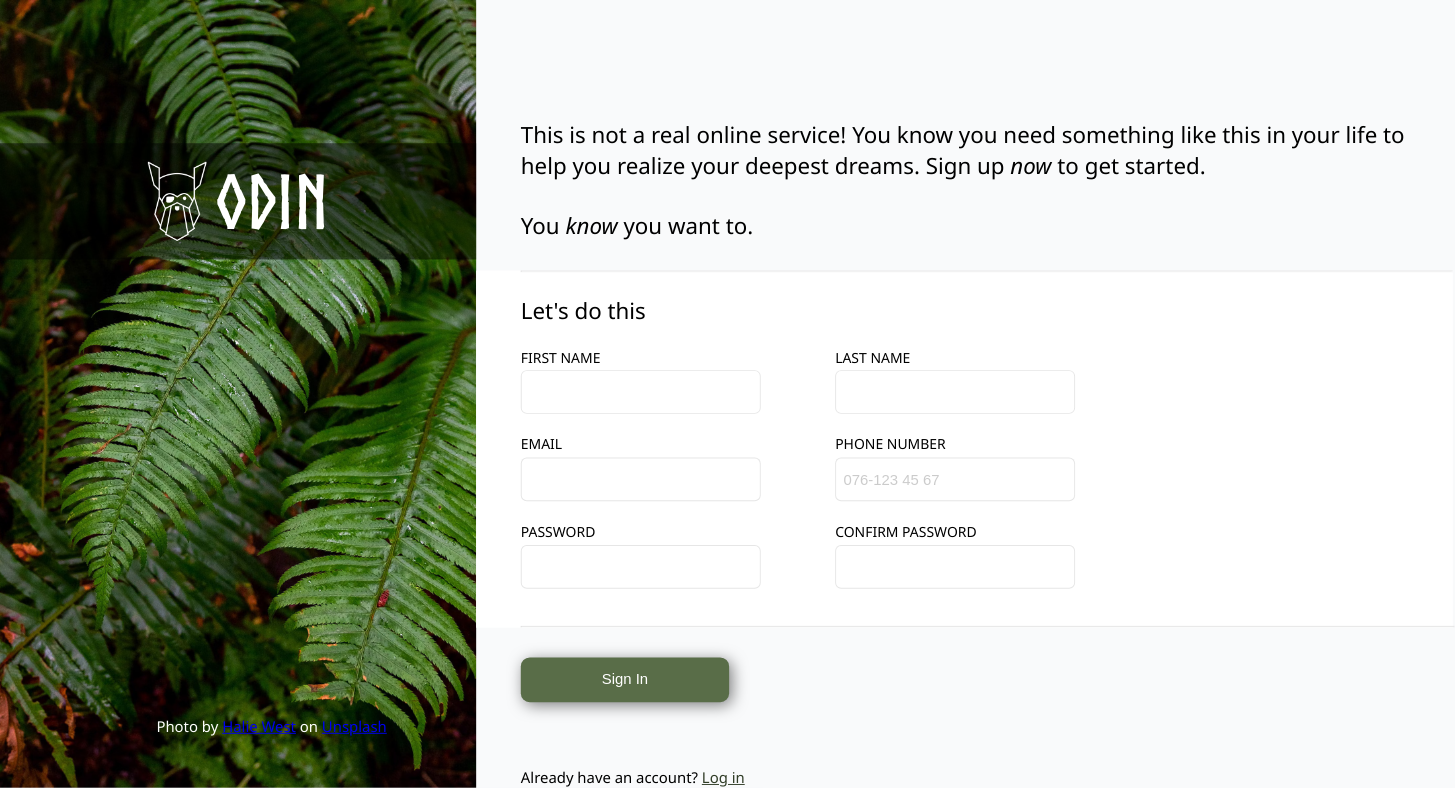
Repository: fed26sto-fundamentals/sign-up-form-odai-dh
Page: index.html
These files come from the project's save history. The page is drawn as it stood at one moment and after a run of saves; the edit follows.
The browser window is 1280 px wide. The page is 1564 px wide, then 1282 px, so the pictures cover 1564 px, including what lies to the right of the window. The pictures show the whole page, at 93% of full size.

Above is the page before, as saved 2024-10-01 21:21:52.

### index.html
<!DOCTYPE html>
<html lang="en">

<head>
    <meta charset="UTF-8">
    <meta name="viewport" content="width=device-width, initial-scale=1.0">
    <link href="styles.css" rel="stylesheet" />
    <title>Document</title>
</head>

<body>
    <div class="leftSide">
        <div class="odinLogo">
            <img src="/img/odin-lined.png" alt="odin logo">
            <p>ODIN</p>
        </div>
        <div class="leftSideFoot">
            <p>Photo by <a href="https://unsplash.com/@haliewestphoto" target="_blank">Halie West</a> on <a
                    href="https://unsplash.com/" target="_blank">Unsplash</a></p>

        </div>
    </div>
    <div class="rightSide">
        <div class="textR">
            <p>This is not a real online service! You know you need something like this in your life to help you realize
                your deepest dreams. Sign up <em>now</em> to get started.</p>
        </div>
        <div class="textRs">
            <p> You <em>know</em> you want to.</p>
        </div>
        <div class="form">
            <form action="#" class="form">
                <div class="formTitle">
        <hr id="line1">
                    <p>Let's do this</p>
                </div>
                <div class="formStart">
                    <div class="cill1">
                        <div class="firstN">
                            <label for="firstN">FIRST NAME</label>
                            <input type="text" id="firstN" class="required" name="firstName" required>
                            <span class="error-message" aria-live="polite">First Name is required</span>
                        </div>
                        <div class="emailIn">
                            <label for="emailIn">EMAIL</label>
                            <input type="email" id="emailIn" class="required" name="email" required>
                            <span class="error-message" aria-live="polite">Email is required</span>
                        </div>
                        <div class="passwordIn">
                            <label for="passwordIn">PASSWORD</label>
                            <input type="password" id="passwordIn" class="required" name="password" required minlength="8" maxlength="16">
                            <span class="error-message" aria-live="polite">Password must be between 8 and 16 characters.</span>
                        </div>
                    </div>
                    <div class="cill2">
                        <div class="lastN">
                            <label for="lastN">LAST NAME</label>
                            <input type="text" id="lastN" class="required" name="lastName" required>
                            <span class="error-message" aria-live="polite">Last Name is required</span>
                        </div>
                        <div class="nummber">
                            <label for="number">PHONE NUMBER</label>
                            <input type="tel" id="number" class="required" name="phoneNumber" pattern="076-[0-9]{3} [0-9]{2} [0-9]{2}" placeholder="076-123 45 67" required>
                            <span class="error-message" aria-live="polite">Please enter a valid phone number.</span>
                        </div>
                        <div class="passwordCon">
                            <label for="passwordCon">CONFIRM PASSWORD</label>
                            <input type="password" id="passwordCon" class="required" name="confirmPassword" required minlength="8" maxlength="16">
                            <span class="error-message" aria-live="polite">Password do Not match</span>
                        </div>
                    </div>
                </div>
                <hr id="line">
        </div>

        <div class="submtion">
            <button id="forSubmtion"> Sign In</button>
            <div id="forSubmtionError"></div>
            <p>
                Already have an account? <a href="">Log in</a>
            </p>
        </div>
        </form>
    </div>
</body>

</html>

### styles.css
@font-face {
    font-family: 'NorseBold';
    src: url('../fonts/Norse-Bold.otf') format('opentype');

}

body {
    font-family: 'Segoe UI', Tahoma, Geneva, Verdana, sans-serif;
    display: flex;
    align-content: center;
    min-height: 100vh;
    margin: 0;
    padding: 0px;
    height: 100%;
    background-color: #F9FAFB;
    ;

}



.leftSide {
    background: url(/img/green.jpg) no-repeat;
    border: 0;
    width: 40%;
    align-content: center;
    background-size: cover;
    background-position: center;

}

.odinLogo {
    display: flex;
    justify-content: center;
    align-items: center;
    height: 10%;
    padding: 20px;
    gap: 10px;
    background-color: rgba(0, 0, 0, 0.5);
    position: relative;
    top: -25vh;
}

.odinLogo img {
    height: 100%;
}

.odinLogo p {
    color: white;
    font-size: 80px;
    font-family: 'NorseBold', sans-serif;
}


.leftSideFoot {
    display: flex;
    justify-self: center;
    position: relative;
    bottom: -41vh;
    left: 5vh;
}

.leftSideFoot p {
    color: rgb(255, 255, 255);
}

.leftSideFoot a:visited {
    color: rgb(199, 201, 221);
}

.leftSideFoot a:hover {
    color: rgb(187, 131, 239);
    transition: 0.5s;
}




.rightSide {
    display: flex;
    flex-direction: column;
    gap: 2rem;
}


.rightSide>div {
    padding-left: 3rem;
}

.rightSide>div>p {
    margin-top: 0;
    margin-bottom: 0;
}

.textR,
.textRs,
.formTitle {
    font-size: 1.5rem;
}

.textR {
    margin-top: 8rem;
}

.form{
    background-color: rgb(255, 255, 255);
}
.formStart {
    display: flex;
    justify-content: left;
    gap: 5rem;
    flex-wrap: wrap;
}

.formStart div {
    display: flex;
    flex-direction: column;
    gap: 1.4rem;
}

.formStart>div {
    margin-bottom: 2rem;
}

.formStart div div label {
    font-size: 15px;
}

.formStart div div input {
    width: 100%;

}
.formStart div div input:focus {
    border-color: #007BFF;
    box-shadow: 0 0 5px rgba(0, 123, 255, 1);

}
#line1{
    width: 1000px;
    opacity: 0.3;
    margin-top: -0.5px;

}
#line{
    width: 100%;
    opacity: 0.3;
    margin-bottom: -0.5px;
}



.error-message {
    display: none;
    color: #d30c34;
    font-size: 12px;
    margin-top: -5px;
}

input:not(:focus):invalid+.error-message {
    display: none;
}

input:invalid+.error-message {
    display: block;
    margin-top: 4px;
}
input:not(:focus):invalid {
    border: 1px solid rgba(128, 128, 128, 0.2); /* Neutraler grauer Rand */
}

input::placeholder {
    color: grey;
    font-size: 16px;
    opacity: 0.4;
}


.formStart div div input {
    height: 1.8rem;
    width: 15rem;
    border: 1px solid #ccc;
    border-radius: 0.4rem;
    outline: none;
    padding: 0.5rem;
    font-size: 18px;
}

.formStart div div {
    display: flex;
    flex-direction: column;
    gap: 0.3rem;
}

.submtion {
    display: flex;
    flex-direction: column;
    gap: 2.2rem
}

.submtion a {
    color: #596D48;
}

.submtion a:visited {
    color: #313d27;
}

#forSubmtion {
    cursor: pointer;
    height: 3rem;
    width: 14rem;
    background-color: #596D48;
    color: white;
    font-size: 16px;
    border: 0px;
    border-radius: 0.6rem;
    box-shadow: 0.2rem 0.2rem 1rem rgba(0, 0, 0, 0.5);
}

After the next 2 saves:
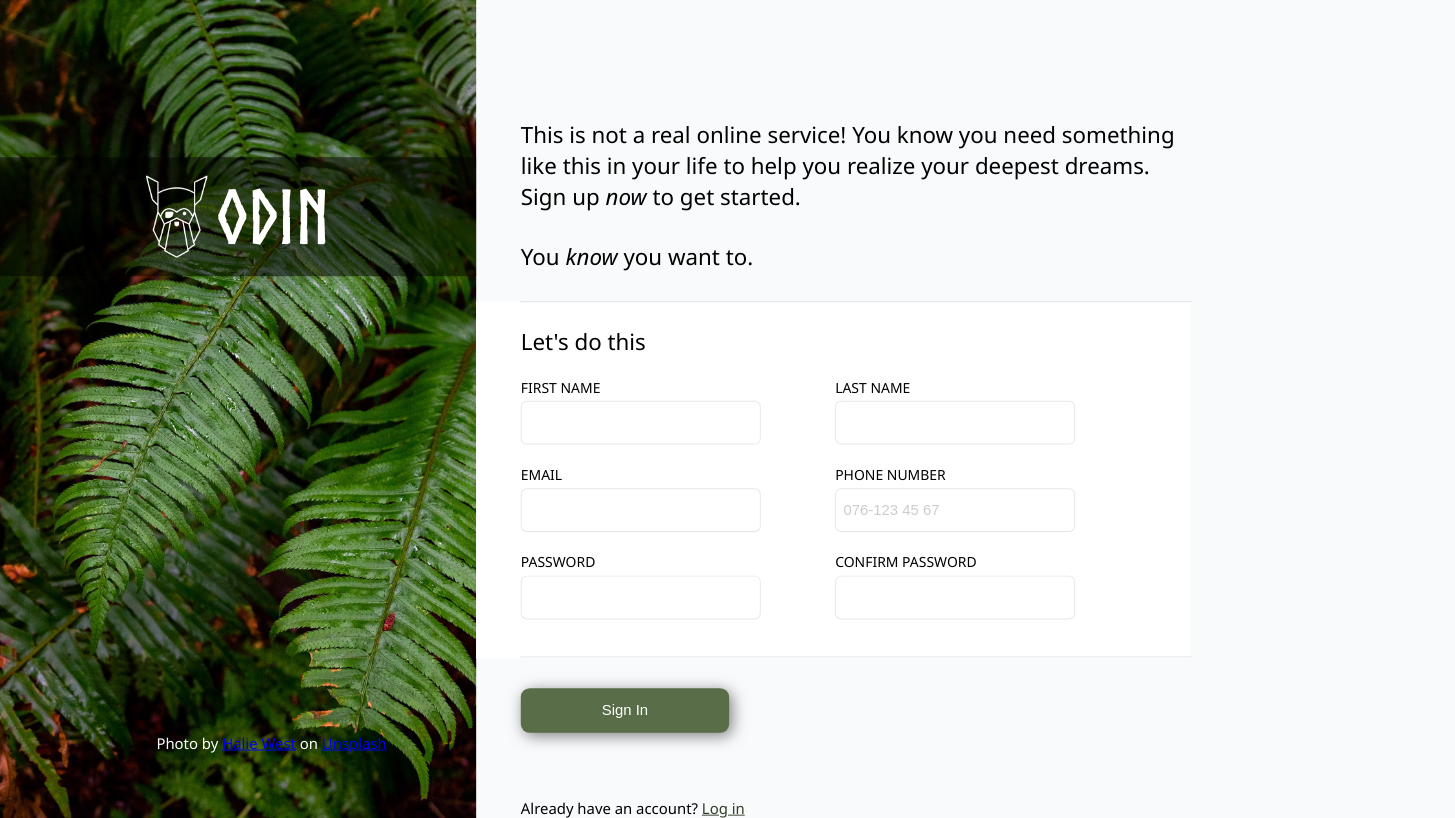
The 2 saves are shown as one change because they came seconds apart.
The last was saved 5 s later.
--- a/styles.css
+++ b/styles.css
@@ -136,7 +136,7 @@ body {
 
 }
 #line1{
-    width: 1000px;
+    width: 100%;
     opacity: 0.3;
     margin-top: -0.5px;
 
